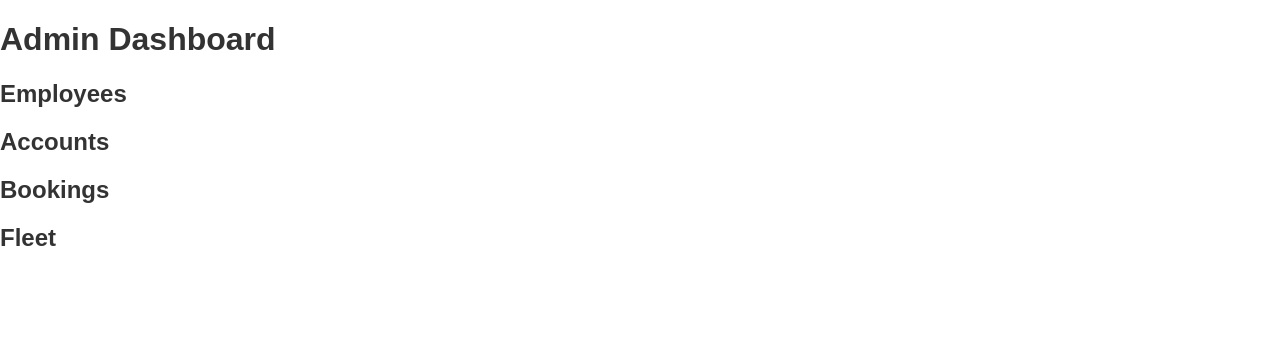
Repository: Ndegwa2/Smart-Transport-System
Page: client/admin.html
These files come from the project's save history. The page is drawn as it stood at one moment and after the next save; the edit follows.
The browser window is 1280 px wide. The pictures show the whole page.

Above is the page before, as saved 2025-04-02 22:57:21.
Console error: TypeError: Cannot set properties of null (setting 'innerHTML')

After the next save:
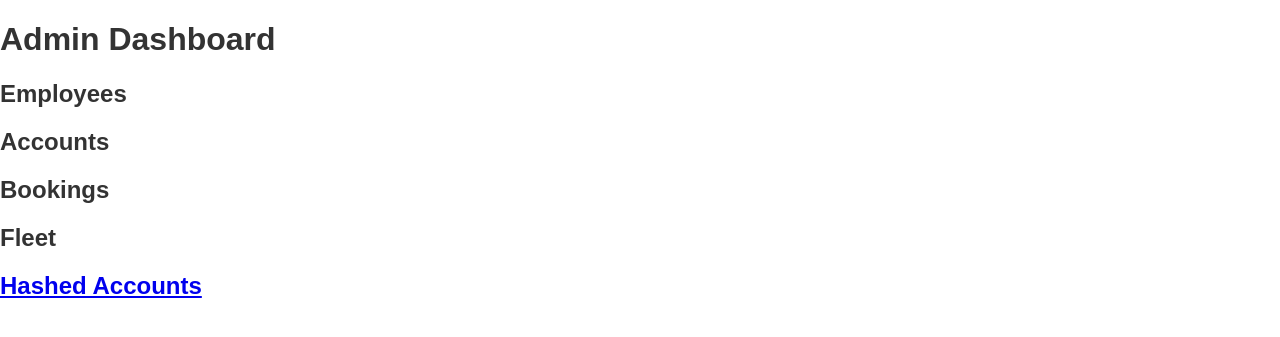
Saved 3 min 53 s later.
--- a/client/admin.html
+++ b/client/admin.html
@@ -28,6 +28,10 @@
         <!-- Fleet data will be displayed here -->
     </section>
 
+    <section id="hashed_accounts_link">
+        <h2><a href="hashed_accounts.html">Hashed Accounts</a></h2>
+    </section>
+
     <script src="script.js"></script>
 </body>
 </html>
